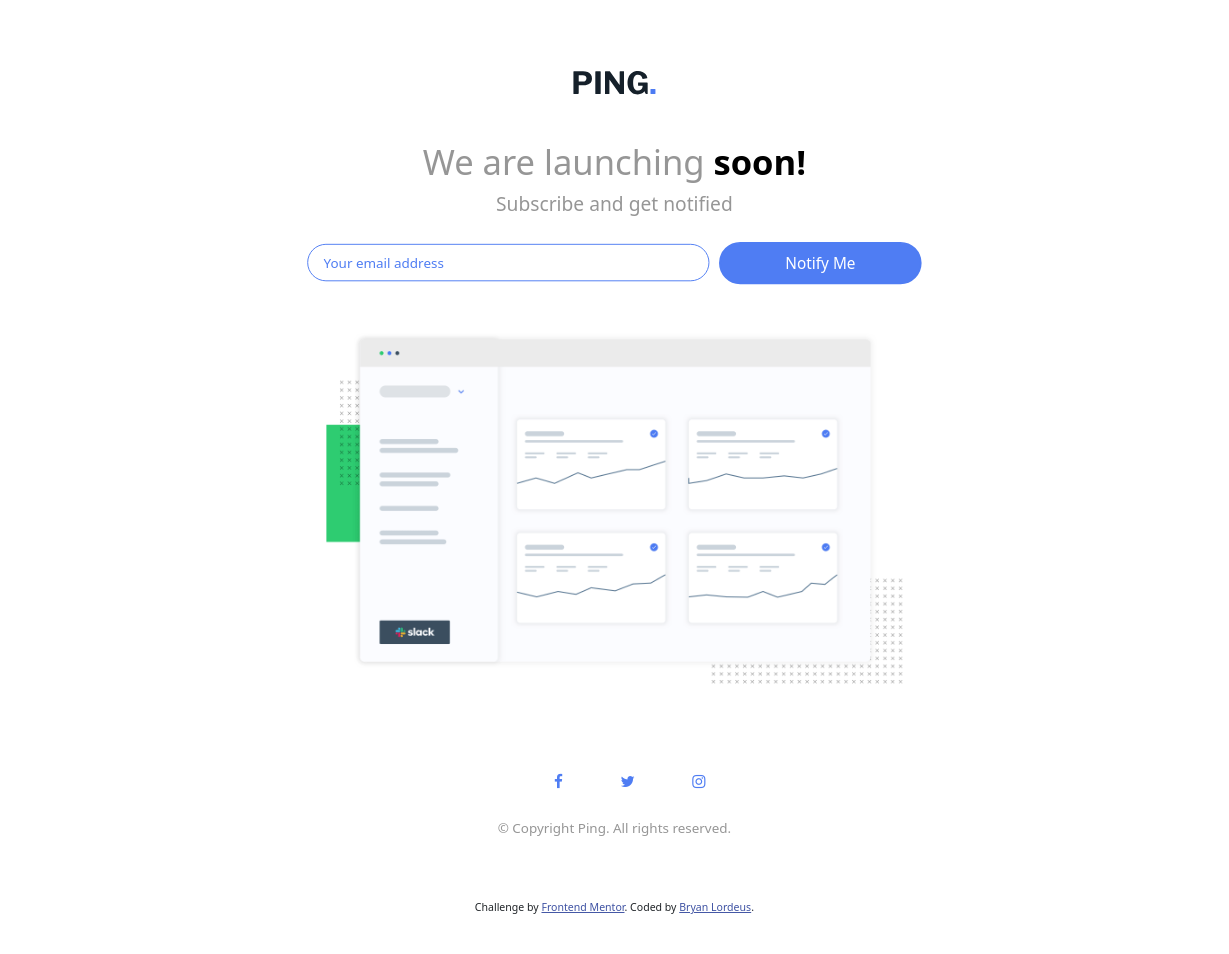
Repository: blordeus/ping-coming-soon-page-master
Page: index.html
These files come from the project's save history. The page is drawn as it stood at one moment and after a run of saves; the edit follows.
The browser window is 1280 px wide. The pictures show the whole page, at 96% of full size.
The style sheet was rebuilt from its Sass, Less or Tailwind sources for each picture, by a compiler version that may differ from the author's.

Above is the page before, as saved 2023-08-31 14:18:39.

After the next 2 saves:
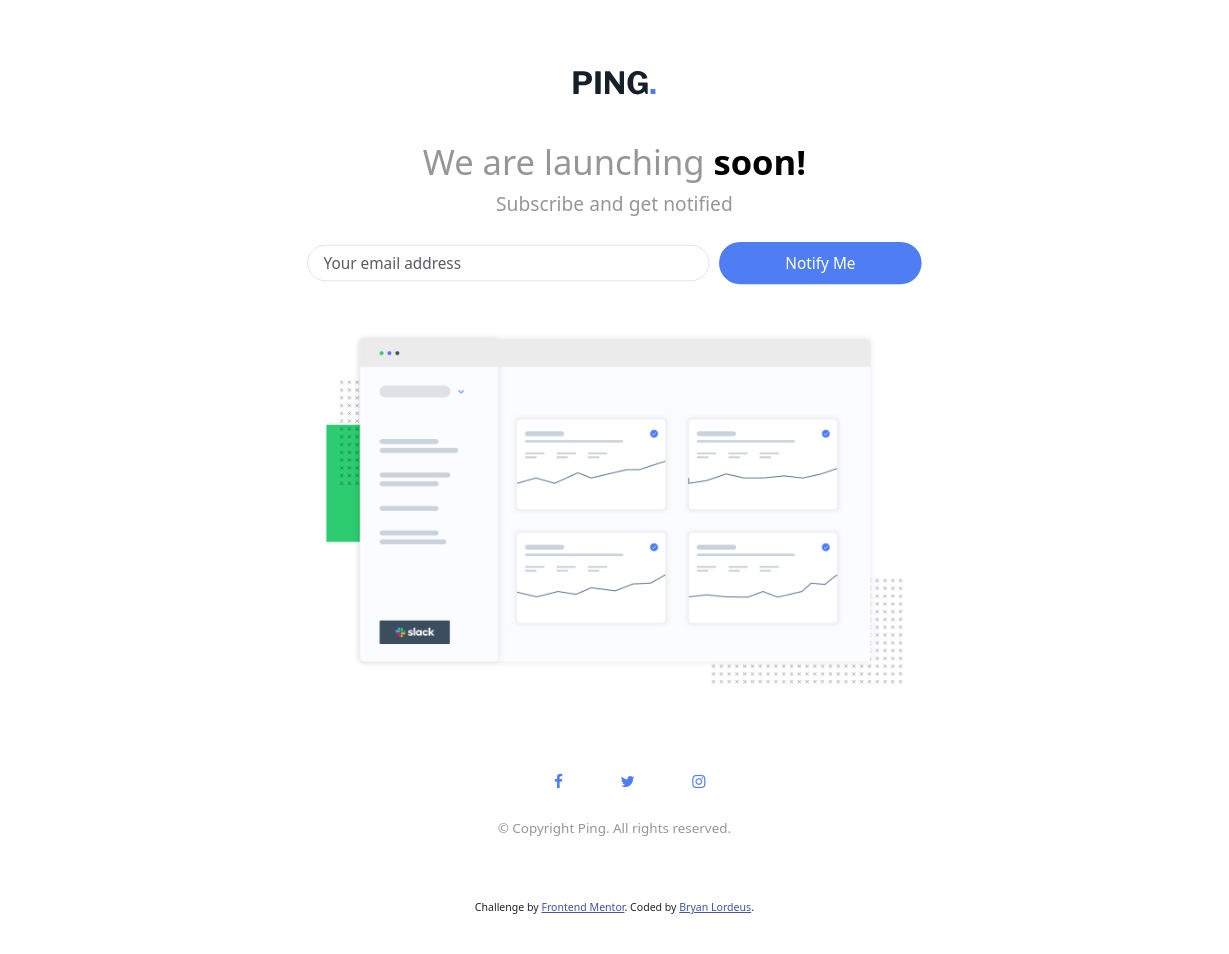
The 2 saves are shown as one change because they came seconds apart.
The last was saved 35 s later.
--- a/index.html
+++ b/index.html
@@ -26,7 +26,7 @@
 
     <form action="#" class="mt-4 needs-validation" novalidate>
         <input
-        class="rounded-pill px-3"
+        class="rounded-pill px-3 form-control"
         type="email"
         placeholder="Your email address"
         id="email"
